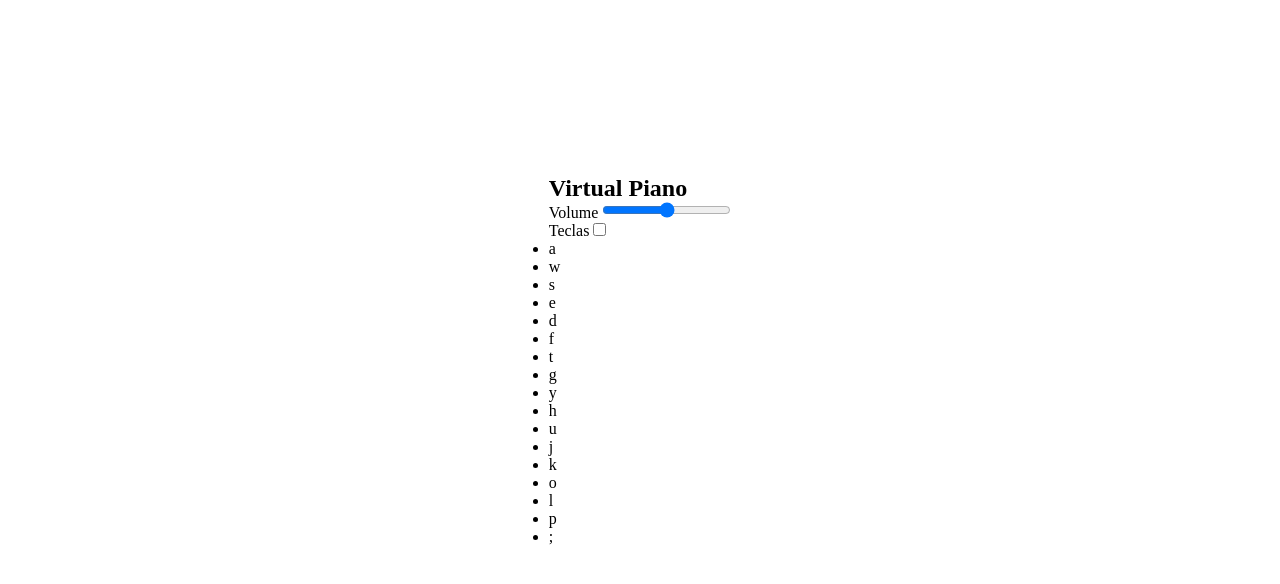
Repository: gustavotwist/simulador-piano
Page: index.html
An editor plug-in stored every save of this project. The page is shown before and after a run of saves, followed by the edit.
The browser window is 1280 px wide. The pictures show the whole page.

Above is the page before, as saved 2024-11-27 18:31:33.

### index.html
<!DOCTYPE html>
<html lang="pt-br">
<head>
    <meta charset="UTF-8">
    <meta name="viewport" content="width=device-width, initial-scale=1.0">
    <title>Piano Simulator</title>

    <link rel="stylesheet" href="./src/styles/reset.css">
    <link rel="stylesheet" href="./src/styles/main.css">
</head>

<body>
    <div class="container">
        <header>
            <h2>Virtual Piano</h2>
            <div class="column volume-slider">
                <span>Volume</span> <input type="range">
            </div>
            <div class="column keys-check">
                <span>Teclas</span> <input type="checkbox" cheked>
            </div>
        </header>
        <ul class="piano-keys">
            <li class="key"><span>a</span></li>
            <li class="key"><span>w</span></li>
            <li class="key white"><span>s</span></li>
            <li class="key black"><span>e</span></li>
            <li class="key white"><span>d</span></li>
            <li class="key black"><span>f</span></li>
            <li class="key white"><span>t</span></li>
            <li class="key black"><span>g</span></li>
            <li class="key white"><span>y</span></li>
            <li class="key black"><span>h</span></li>
            <li class="key white"><span>u</span></li>
            <li class="key black"><span>j</span></li>
            <li class="key white"><span>k</span></li>
            <li class="key black"><span>o</span></li>
            <li class="key white"><span>l</span></li>
            <li class="key black"><span>p</span></li>
            <li class="key white"><span>;</span></li>
        </ul>

    </div>

    <script src="./src/scripts/engine.js"></script>
</body>
</html>

### src/styles/main.css
body {
    display: flex;
    align-items: center;
    justify-content: center;
    min-height: 100vh;

}

Loaded but not shown: src/styles/reset.css (common file); src/scripts/engine.js (no copy from this time; the picture is the same without it)

After the next 10 saves:
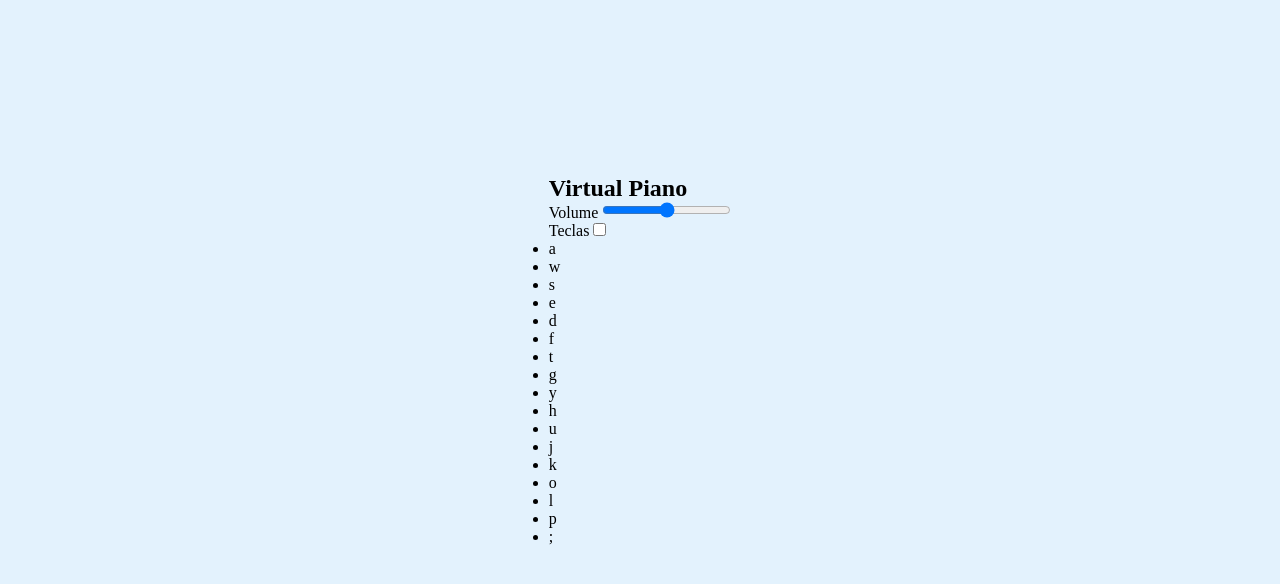
The 10 saves are shown as one change because they came seconds apart.
The last was saved 24 s later.
--- a/src/styles/main.css
+++ b/src/styles/main.css
@@ -3,5 +3,5 @@ body {
     align-items: center;
     justify-content: center;
     min-height: 100vh;
-
+    background-color: #e3f2fd;
 }
